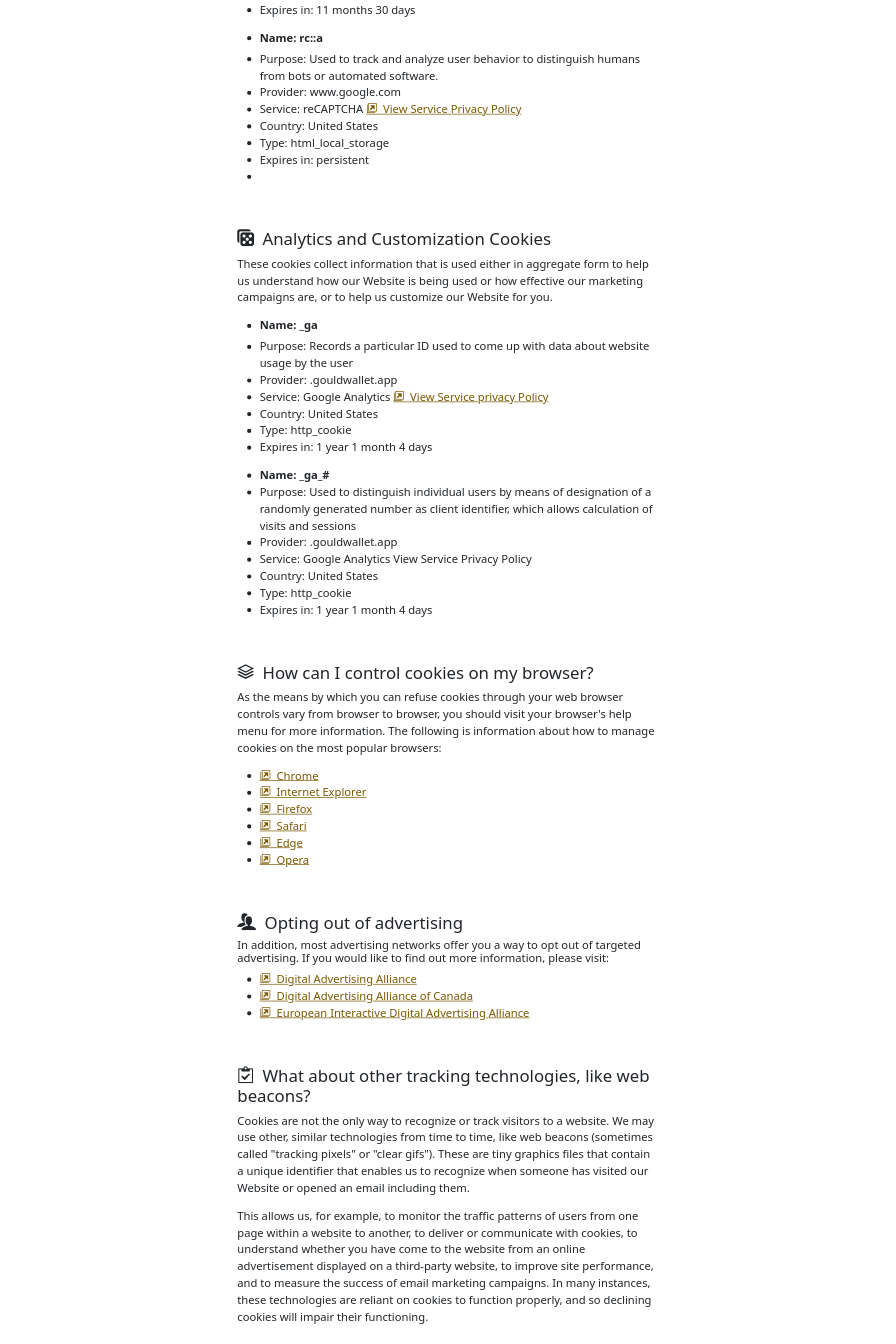
Repository: injectGroup/github.io
Page: cookies.html
An editor plug-in stored every save of this project. The page is shown before and after the next save, followed by the edit.
The browser window is 1280 px wide. The pictures show the part of the page from y = 2851 to 4771 px (the page is 6435 px tall before and 6411 px after), at 70% of full size.

Above is the page before, as saved 2023-12-07 08:15:53.
Console error: TypeError: Cannot read properties of null (reading 'addEventListener')

After the next save:
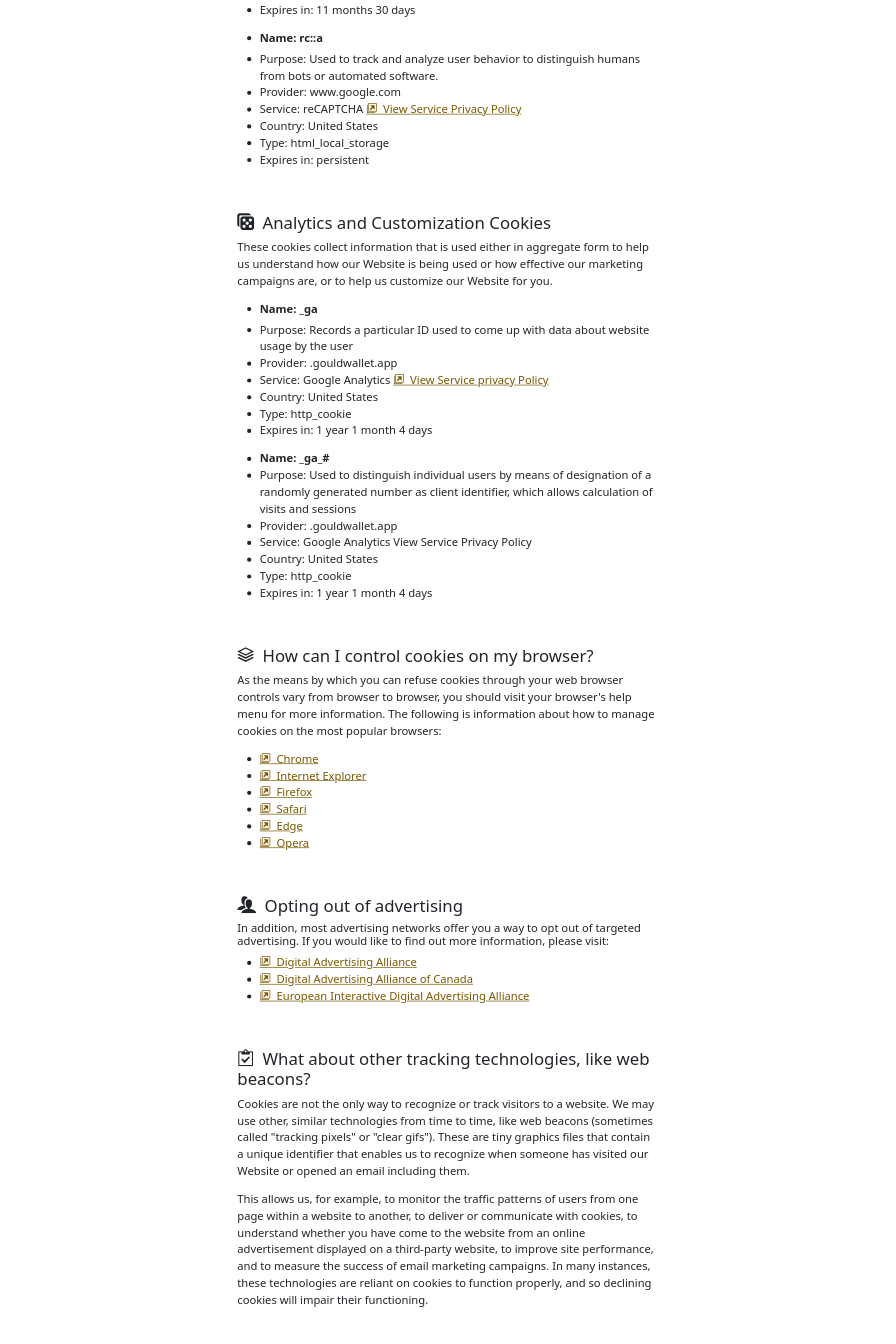
Saved 6 min 46 s later.
--- a/cookies.html
+++ b/cookies.html
@@ -282,7 +282,6 @@
                 <li>Country: United States</li>
                 <li>Type: html_local_storage</li>
                 <li>Expires in: persistent</li>
-                <li></li>
             </ul>
         </dd>
 
